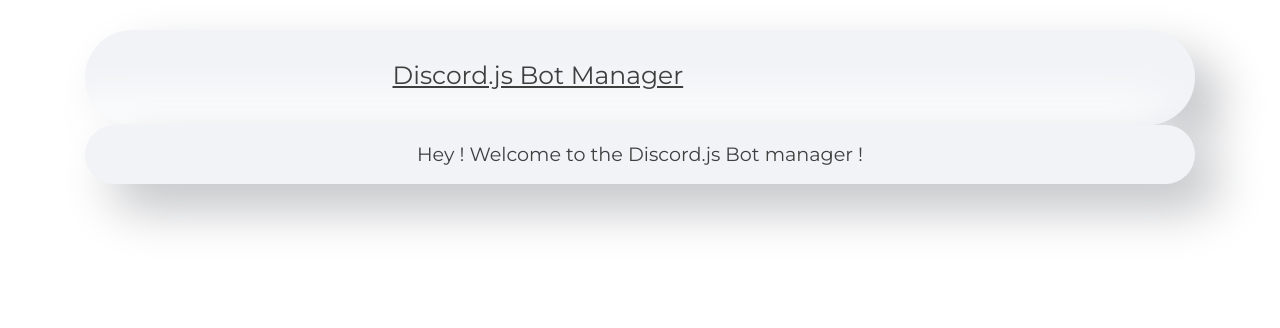
Repository: O-Schell/Discord-Bot-Manager
Page: Web_Interface/main.HTML
These files come from the project's save history. The page is drawn as it stood at one moment and after the next save; the edit follows.
The browser window is 1280 px wide. The pictures show the whole page.
The style sheet was rebuilt from its Sass, Less or Tailwind sources for each picture, by a compiler version that may differ from the author's.

Above is the page before, as saved 2020-11-24 21:29:00.

### Web_Interface/main.HTML
<!DOCTYPE html>
<html lang="fr">

<head>
  <meta charset="utf-8" />
  <title>Bot Manager</title>
  <link rel="stylesheet" href="style.css" />
  <link rel="stylesheet" href="https://maxcdn.bootstrapcdn.com/bootstrap/4.5.2/css/bootstrap.min.css">
  <script src="https://ajax.googleapis.com/ajax/libs/jquery/3.5.1/jquery.min.js"></script>
  <script src="https://cdnjs.cloudflare.com/ajax/libs/popper.js/1.16.0/umd/popper.min.js"></script>
  <script src="https://maxcdn.bootstrapcdn.com/bootstrap/4.5.2/js/bootstrap.min.js"></script>
  <!--<script src="script.js"></script>-->
</head>



<body>
  <div class="container">
    <div class="neumorphism">
      <div class="center-div">
        <div class="title">
          <h1><u>Discord.js Bot Manager</u></h1>
        </div>
      </div>
    </div>
    <div class="neumorphism">
      <div class="center-div">
        <div class="undertitle">
          <div class="center-text">Hey ! Welcome to the Discord.js Bot manager !
          </div>
        </div>
      </div>
    </div>
  </div>

</body>

</html>

### Web_Interface/style.scss
@import url("https://fonts.googleapis.com/css?family=Montserrat:400,700&display=swap");
@import url("https://unpkg.com/bootstrap@3.3.7/dist/css/bootstrap.min.css");

$mainC: #f1f3f6;
$secC: #9dabc0;

body {
  background: $mainC;
}

.container{
  margin: 30px;
  width: max;
}

.center-div {
  margin: auto;
  width: 50%;
  padding: 10px;
}

.center-text {
  text-align: center;
}

.title {
  margin: 10px;
  padding: 10px 10px;
  font-size: 3vw;
  width: max-content;
  font-family: "Montserrat";
  color: #3f3f3f;
}

.undertitle {
  padding: 5px 5px;
  font-size: 1.5vw;
  font-family: "Montserrat";
  color: #3f3f3f;
}

.neumorphism {
  border-radius: 50px;
  background: #f1f3f6;
  box-shadow: 25px 25px 50px #c1c2c5, -25px -25px 50px #ffffff;
}

After the next save:
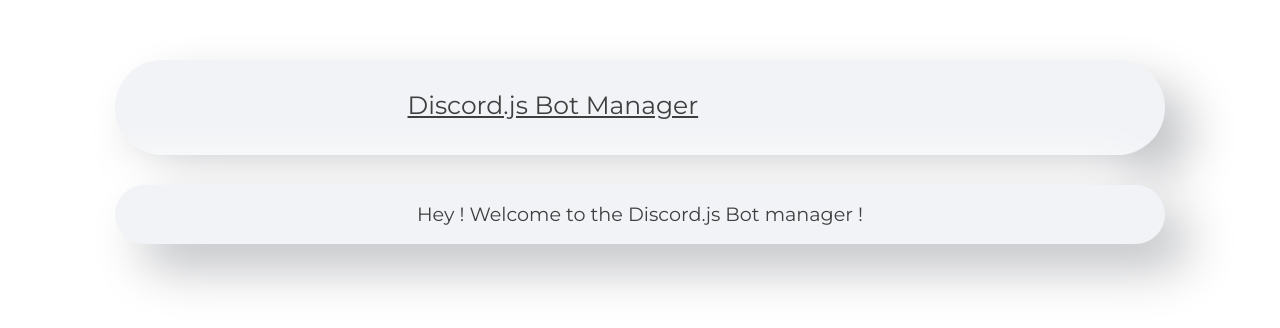
Saved 5 s later.
--- a/Web_Interface/style.scss
+++ b/Web_Interface/style.scss
@@ -10,7 +10,6 @@
 
 .container{
   margin: 30px;
-  width: max;
 }
 
 .center-div {
@@ -40,6 +39,7 @@
 }
 
 .neumorphism {
+  margin: 30px;
   border-radius: 50px;
   background: #f1f3f6;
   box-shadow: 25px 25px 50px #c1c2c5, -25px -25px 50px #ffffff;
